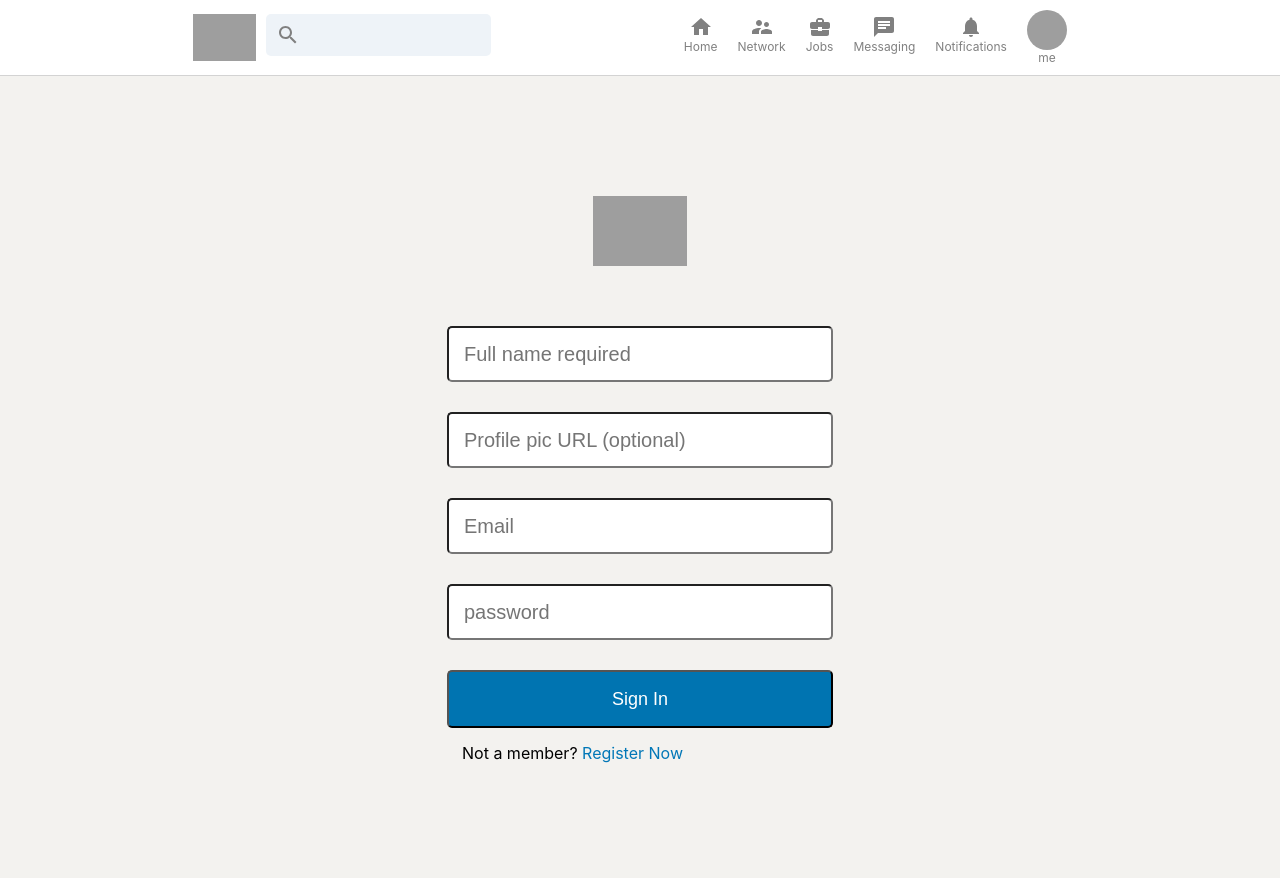
Repository: Tracy-maker/linkedin_clone
Page: /
An editor plug-in stored every save of this project. The page is shown before and after a run of saves, followed by the edit.
The browser window is 1280 px wide. The pictures show the whole page.
Pictures or frames that could not be fetched are drawn as grey boxes. The project was rebuilt for these pictures with package versions that can differ from the ones it lists, and the page was loaded fresh each time. Also part of the build but not shown: src/components/Sidebar/Sidebar.jsx, src/components/InputOption/InputOption.jsx, src/components/Post/Post.jsx, src/components/Post/index.jsx, src/components/Feed/Feed.jsx.

Above is the page before, as saved 2023-11-08 11:30:28.

### src/App.js
import React, { useEffect } from "react";
import Header from "./components/Header/Header";
import Sidebar from "./components/Sidebar";
import styled from "styled-components";
import Feed from "./components/Feed";
import { useDispatch, useSelector } from "react-redux";
import { login, logout, selectUser } from "./features/userSlice";
import Login from "./components/Login";
import { auth } from "./firebase";

const LinkedInContainer = styled.div`
  background-color: #f3f2ef;
  min-height: 100vh;
  width: 100%;
  display: flex;
  flex-direction: column;
`;

const LinkedInBody = styled.div`
  display: flex;
  flex: 1;
`;

function App() {
  const user = useSelector(selectUser);
  const dispatch = useDispatch();

  useEffect(() => {
    auth.onAuthStateChanged((userAuth) => {
      if (userAuth) {
        dispatch(
          login({
            email: userAuth.email,
            uid: userAuth.uid,
            displayName: userAuth.displayName,
            photoUrl: userAuth.photoUrl,
          })
        );
      } else {
        dispatch(logout());
      }
    });
  },[]);

  return (
    <LinkedInContainer>
      <Header />

      {!user ? (
        <Login />
      ) : (
        <LinkedInBody>
          <Sidebar />
          <Feed />
        </LinkedInBody>
      )}
    </LinkedInContainer>
  );
}

export default App;

### src/features/userSlice.js
import { createSlice } from "@reduxjs/toolkit";

export const userSlice = createSlice({
  name: "user",
  initialState: {
    user: null,
  },
  reducers: {
    login: (state, actions) => {
      state.user = actions.payload;
    },
    logout: (state) => {
      state.user = null;
    },
  },
});

export const { login, logout } = userSlice.actions;

export const selectUser = (state) => state.user.user;

export default userSlice.reducer;

### src/components/Header/Header.jsx
import React from "react";
import Search from "@mui/icons-material/Search";
import HeaderOption from "../HeaderOption/HeaderOption.jsx";
import HomeIcon from "@mui/icons-material/Home";
import SupervisorAccountIcon from "@mui/icons-material/SupervisorAccount";
import BusinessCenterIcon from "@mui/icons-material/BusinessCenter";
import ChatIcon from "@mui/icons-material/Chat";
import NotificationsIcon from "@mui/icons-material/Notifications";
import styled from "styled-components";
import { useDispatch, useSelector } from "react-redux";
import { auth } from "../../firebase.js";
import { logout, selectUser } from "../../features/userSlice.js";

const HeaderContainer = styled.div`
  position: sticky;
  top: 0;
  z-index: 999;
  display: flex;
  align-items: center;
  justify-content: space-evenly;
  border-bottom: 0.1px solid lightgray;
  padding-top: 10px;
  padding-bottom: 10px;
  width: 100%;
  background-color: white;
`;

const LeftContainer = styled.div`
  display: flex;
`;

const LogoImage = styled.img`
  height: 47px;
  margin-right: 10px;
  object-fit: contain;
`;

const SearchContainer = styled.div`
  display: flex;
  align-items: center;
  padding: 10px;
  border-radius: 5px;
  height: 22px;
  color: gray;
  background-color: #eef3f8;
`;

const SearchInput = styled.input`
  outline: none;
  border: none;
  background: none;
`;

const RightContainer = styled.div`
  display: flex;
`;

function Header() {
  const dispatch = useDispatch();
  const user = useSelector(selectUser);

  const logoutOfApp = () => {
    dispatch(logout());
    auth.signOut();
  };

  return (
    <HeaderContainer>
      <LeftContainer>
        <LogoImage
          src="https://i.ibb.co/4PCvv6f/Screenshot-2023-11-07-at-9-50-48-pm.png"
          alt="logo image"
        />
        <SearchContainer>
          <Search />
          <SearchInput />
        </SearchContainer>
      </LeftContainer>
      <RightContainer>
        <HeaderOption Icon={HomeIcon} title="Home" />
        <HeaderOption Icon={SupervisorAccountIcon} title="Network" />
        <HeaderOption Icon={BusinessCenterIcon} title="Jobs" />
        <HeaderOption Icon={ChatIcon} title="Messaging" />
        <HeaderOption Icon={NotificationsIcon} title="Notifications" />
        <HeaderOption
          avatar="https://i.ibb.co/MRHHtS5/Wechat-IMG7.jpg"
          title="me"
          size="300"
          onClick={logoutOfApp}
        />
      </RightContainer>
    </HeaderContainer>
  );
}

export default Header;

### src/components/Feed/index.jsx
export { default } from "./Feed";

### src/firebase.js
import { initializeApp } from "firebase/app";
import { getAuth } from "firebase/auth";
import { addDoc, collection, getDocs, getFirestore } from "firebase/firestore";

const firebaseConfig = {
  apiKey: "AIzaSyByJo6BBMHfGItRF7HGj5zxbiHdhlcVcmU",
  authDomain: "linkedin-clone-31fc8.firebaseapp.com",
  projectId: "linkedin-clone-31fc8",
  storageBucket: "linkedin-clone-31fc8.appspot.com",
  messagingSenderId: "198073496226",
  appId: "1:198073496226:web:0720a8e5f7132ae718ddfb",
};

const app = initializeApp(firebaseConfig);

export const auth = getAuth(app);
export const db = getFirestore(app);
export default app;

### src/components/HeaderOption/HeaderOption.jsx
import styled from "styled-components";
import { Avatar } from "@material-ui/core";

const HeaderOptionContainer = styled.div`
  display: flex;
  flex-direction: column;
  align-items: center;
  margin-right: 20px;
  color: gray;
  cursor: pointer;

  &:hover {
    color: black;
  }
`;

const HeaderOptionTitle = styled.h3`
  font-size: 12px;
  font-weight: 400;
`;

const HeaderOptionIcon = styled.img`
  margin-top: 5px;
  object-fit: contain;
  height: 25px;
  width: 25px;
`;

function HeaderOption({ avatar, Icon, title, onClick }) {
  return (
    <HeaderOptionContainer onClick={onClick}>
      {Icon && <HeaderOptionIcon as={Icon} />}
      {avatar && <Avatar src={avatar} />}
      <HeaderOptionTitle>{title}</HeaderOptionTitle>
    </HeaderOptionContainer>
  );
}

export default HeaderOption;

### src/components/Login/Login.jsx
import React, { useState } from "react";
import styled from "styled-components";
import { login } from "../../features/userSlice";
import { auth } from "../../firebase";
import { useDispatch } from "react-redux";

const LoginContainer = styled.div`
  display: grid;
  place-items: center;
  margin-left: auto;
  margin-right: auto;
  padding-top: 100px;
  padding-bottom: 100px;
`;

const LinkedinImage = styled.img`
  object-fit: contain;
  height: 70px;
  margin-top: 20px;
  margin-bottom: 20px;
`;

const LoginForm = styled.form`
  display: flex;
  flex-direction: column;
  margin-top: 40px;
`;

const Input = styled.input`
  width: 365px;
  height: 50px;
  font-size: 20px;
  padding-left: 15px;
  margin-bottom: 30px;
  border-radius: 5px;
`;

const SignInButton = styled.button`
  height: 58px;
  font-size: large;
  color: #ffffff;
  background: #0074b1;
  border-radius: 5px;
  cursor: pointer;

  &:hover {
    font-weight: 800;
    background: rgb(101, 215, 250);
  }
`;

const OptionWords = styled.p`
  padding: 15px;
`;

const RegisterLink = styled.span`
  color: #0177b7;
  cursor: pointer;
`;

function Login() {
  const [email, setEmail] = useState("");
  const [password, setPassword] = useState("");
  const [fullName, setFullName] = useState("");
  const [profilePic, setProfilePic] = useState("");
  const dispatch = useDispatch();

  const register = () => {
    if (!fullName) {
      return alert("Please enter a full name...");
    }
    auth
      .createUserWithEmailAndPassword(email, password)
      .then((userAuth) => {
        userAuth.user
          .updateProfile({
            displayName: fullName,
            photoURL: profilePic,
          })
          .then(() => {
            dispatch(
              login({
                email: userAuth.user.email,
                uid: userAuth.user.uid,
                displayName: fullName,
                photoUrl: profilePic,
              })
            );
          });
      })
      .catch((err) => alert(err));
  };

  const loginForm = (e) => {
    e.preventDefault();
    auth
      .signInWithEmailAndPassword(email, password)
      .then((userAuth) => {
        dispatch(
          login({
            email: userAuth.user.email,
            uid: userAuth.user.uid,
            displayName: userAuth.user.displayName,
            profileUrl: userAuth.user.profileUrl,
          })
        );
      })
      .catch((error) => alert(error));
  };

  return (
    <LoginContainer>
      <LinkedinImage
        src="https://i.ibb.co/qBQbcDx/Screenshot-2023-11-06-at-11-59-00-am.png"
        alt="Linkedin"
      />
      <LoginForm action="">
        <Input
          type="text"
          placeholder="Full name required"
          value={fullName}
          required
          onChange={(e) => setFullName(e.target.value)}
        />
        <Input
          placeholder="Profile pic URL (optional)"
          type="text"
          value={profilePic}
          onChange={(e) => setProfilePic(e.target.value)}
        />
        <Input
          placeholder="Email"
          type="email"
          required
          value={email}
          onChange={(e) => setEmail(e.target.value)}
        />
        <Input
          placeholder="password"
          type="password"
          required
          value={password}
          onChange={(e) => setPassword(e.target.value)}
        />
        <SignInButton onClick={loginForm}>Sign In</SignInButton>
        <OptionWords>
          Not a member?{" "}
          <RegisterLink onClick={register}> Register Now</RegisterLink>
        </OptionWords>
      </LoginForm>
    </LoginContainer>
  );
}

export default Login;

Loaded but not shown: public/index.html (common file); src/index.js (common file); src/app/store.js (common file); src/index.css (common file); src/components/Sidebar/index.jsx (common file); src/components/Login/index.jsx (common file)

After the next 2 saves:
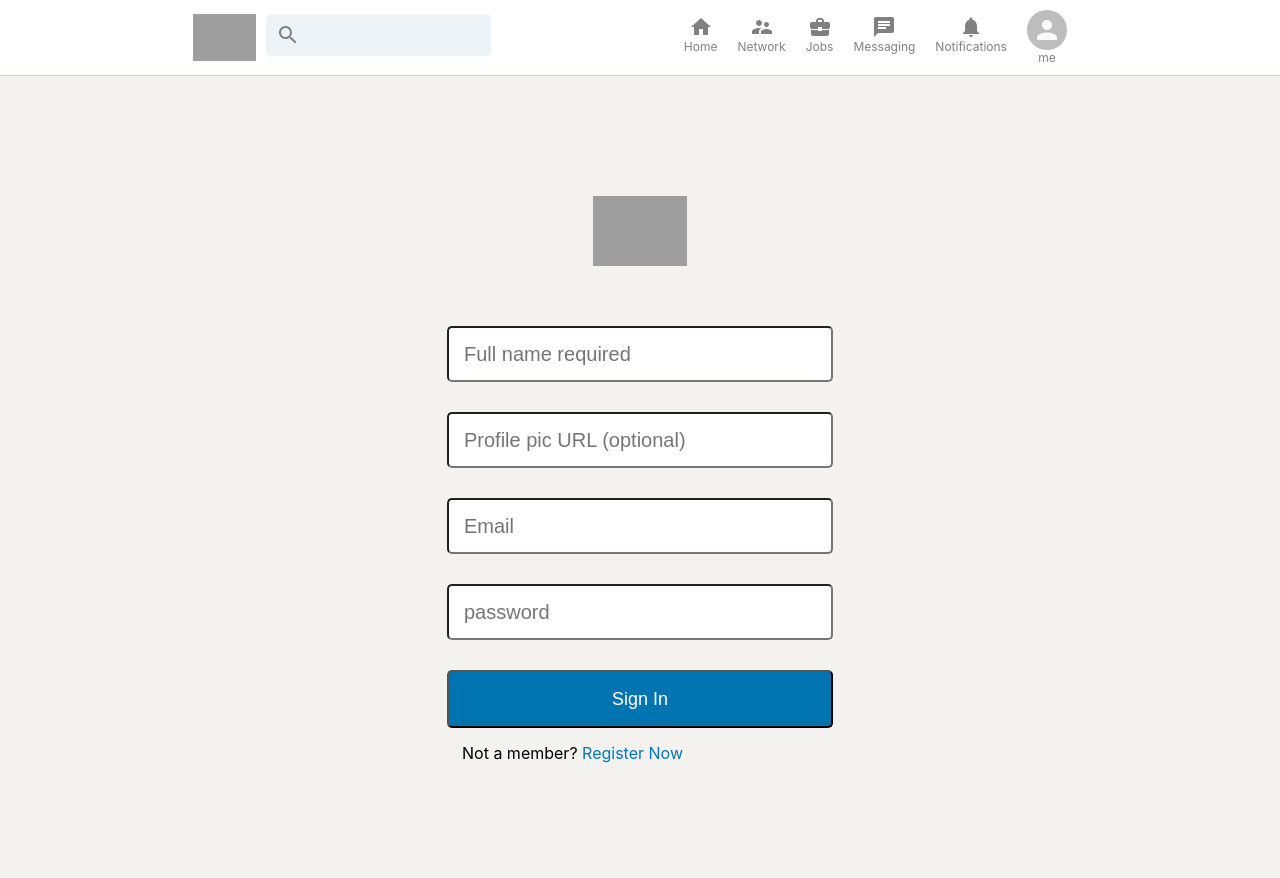
The 2 saves are shown as one change because they came seconds apart.
The last was saved 58 s later.
--- a/src/components/HeaderOption/HeaderOption.jsx
+++ b/src/components/HeaderOption/HeaderOption.jsx
@@ -1,5 +1,7 @@
 import styled from "styled-components";
 import { Avatar } from "@material-ui/core";
+import { useSelector } from "react-redux";
+import { selectUser } from "../../features/userSlice";
 
 const HeaderOptionContainer = styled.div`
   display: flex;
@@ -27,10 +29,11 @@ const HeaderOptionIcon = styled.img`
 `;
 
 function HeaderOption({ avatar, Icon, title, onClick }) {
+  const user = useSelector(selectUser);
   return (
     <HeaderOptionContainer onClick={onClick}>
       {Icon && <HeaderOptionIcon as={Icon} />}
-      {avatar && <Avatar src={avatar} />}
+      {avatar && <Avatar src={user} />}
       <HeaderOptionTitle>{title}</HeaderOptionTitle>
     </HeaderOptionContainer>
   );
